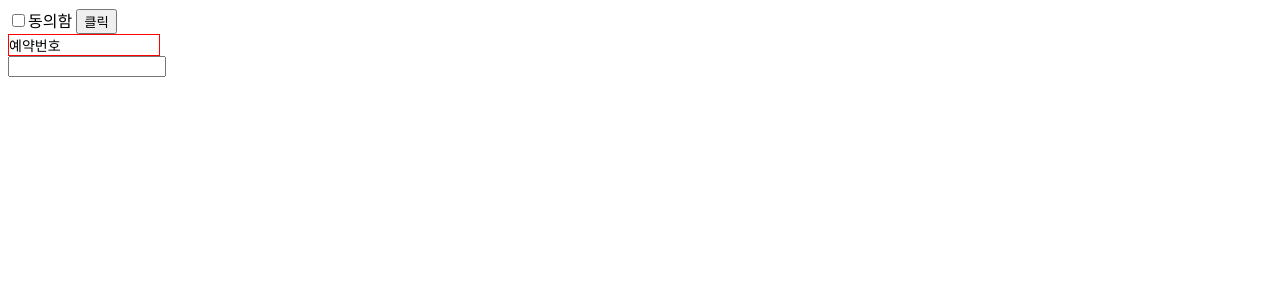
Repository: mekeyace/portfolio
Page: http://localhost/web/check.jsp
The author's editor kept a copy of each file at every save. The page is drawn from the files as they stood at one save, then again after the next save.
The browser window is 1280 px wide. The pictures show the whole page.
The page is served by Tomcat 9.

Above is the page before, as saved 2023-06-22 02:16:22.

After the next save:
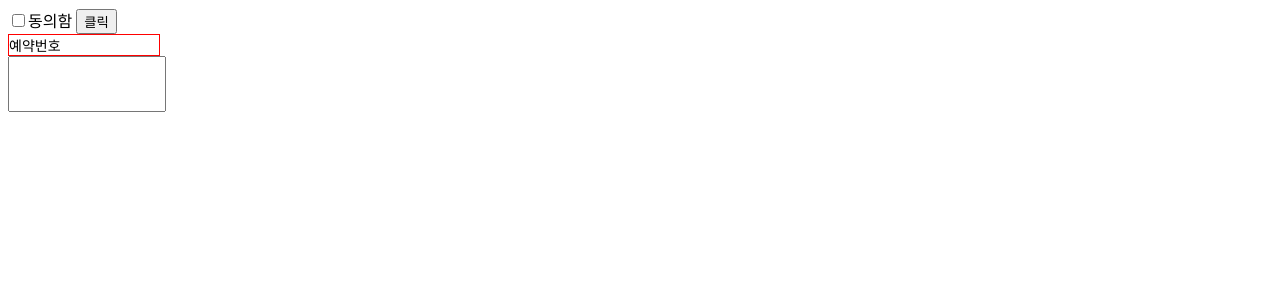
Saved 90 s later.
--- a/maven/web/src/main/webapp/check.jsp
+++ b/maven/web/src/main/webapp/check.jsp
@@ -15,7 +15,7 @@
 <input type="button" value="클릭" onclick="abc()">
 
 <div style="font-size:14px; width:150px; border:1px solid red;">예약번호</div>
-<input type="text" style="width:150px;">
+<input type="text" style="width:150px; height:50px;">
 <br>
 </form>
 <!-- 체크박스2 : 체크시 : Y 미체크시 : null -->
